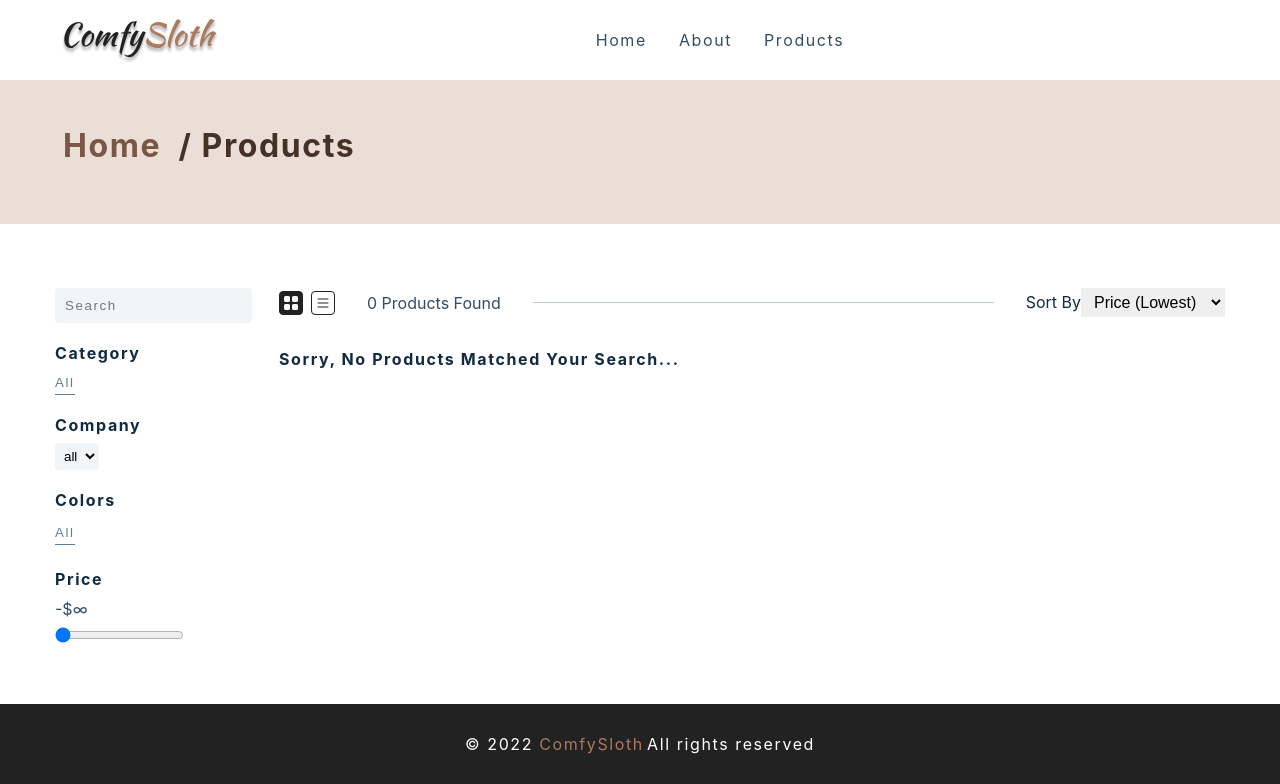
Repository: MateuszWorek/react-comfy-store
Page: /products
An editor plug-in stored every save of this project. The page is shown before and after the next save, followed by the edit.
The browser window is 1280 px wide. The pictures show the whole page.
The page's requests for data from a server got no answer. The project was rebuilt for these pictures with package versions that can differ from the ones it lists, and the page was loaded fresh each time. A package was used in the major version that the imports need, not the one package.json lists. No one was signed in, and anything a server would have sent is missing. Also part of the build but not shown: src/components/Error.js, src/components/Loading.js, src/components/Product.js, src/components/FeaturedProducts.js, src/reducers/cart_reducer.js, src/context/cart_context.js, src/context/user_context.js, src/components/Hero.js and 19 more. Imported but missing from the stored project, and not drawn on this page: src/components/AmountButtons.

Above is the page before, as saved 2022-07-18 10:00:54.

### src/index.js
import React from 'react';
import ReactDOM from 'react-dom';
import './index.css';
import App from './App';
import { ProductsProvider } from './context/products_context';
import { FilterProvider } from './context/filter_context';
import { CartProvider } from './context/cart_context';
import { UserProvider } from './context/user_context';
import { Auth0Provider } from '@auth0/auth0-react';

ReactDOM.render(
  <ProductsProvider>
    <FilterProvider>
      <App />
    </FilterProvider>
  </ProductsProvider>,
  document.getElementById('root')
);

### src/App.js
import React from 'react';
import { BrowserRouter as Router, Switch, Route } from 'react-router-dom';
import { Navbar, Sidebar, Footer } from './components';
import {
  Home,
  SingleProduct,
  Cart,
  Checkout,
  Error,
  About,
  Products,
  PrivateRoute,
} from './pages';

function App() {
  return (
    <Router>
      <Navbar />
      <Sidebar />
      <Switch>
        <Route exact path='/'>
          <Home />
        </Route>
        <Route exact path='/about'>
          <About />
        </Route>
        <Route exact path='cart'>
          <Cart />
        </Route>
        <Route exact path='/products'>
          <Products />
        </Route>
        <Route exact path='/products/:id' children={<SingleProduct />} />
        <Route exact path='/checkout'>
          <Checkout />
        </Route>
        <Route exact path='*'>
          <Error />
        </Route>
      </Switch>
      <Footer />
    </Router>
  );
}

export default App;

### src/context/products_context.js
import axios from 'axios';
import React, { useContext, useEffect, useReducer } from 'react';
import reducer from '../reducers/products_reducer';
import { products_url as url } from '../utils/constants';
import {
  SIDEBAR_OPEN,
  SIDEBAR_CLOSE,
  GET_PRODUCTS_BEGIN,
  GET_PRODUCTS_SUCCESS,
  GET_PRODUCTS_ERROR,
  GET_SINGLE_PRODUCT_BEGIN,
  GET_SINGLE_PRODUCT_SUCCESS,
  GET_SINGLE_PRODUCT_ERROR,
} from '../actions';

const initialState = {
  isSidebarOpen: false,
  products_loading: false,
  products_error: false,
  products: [],
  featured_products: [],
  single_product_loading: false,
  single_product_error: false,
  single_product: {},
};

const ProductsContext = React.createContext();

export const ProductsProvider = ({ children }) => {
  const [state, dispatch] = useReducer(reducer, initialState);
  const openSidebar = () => {
    dispatch({ type: SIDEBAR_OPEN });
  };
  const closeSidebar = () => {
    dispatch({ type: SIDEBAR_CLOSE });
  };

  const fetchProducts = async (url) => {
    dispatch({ type: GET_PRODUCTS_BEGIN });
    try {
      const response = await axios.get(url);
      const products = await response.data;
      dispatch({ type: GET_PRODUCTS_SUCCESS, payload: products });
    } catch (error) {
      dispatch({ type: GET_PRODUCTS_ERROR });
      console.log(error);
    }
  };

  const fetchSingleProduct = async (url) => {
    dispatch({ type: GET_SINGLE_PRODUCT_BEGIN });
    try {
      const response = await axios.get(url);
      const singleProduct = response.data;
      dispatch({ type: GET_SINGLE_PRODUCT_SUCCESS, payload: singleProduct });
    } catch (error) {
      dispatch({ type: GET_SINGLE_PRODUCT_ERROR });
    }
  };

  useEffect(() => {
    fetchProducts(url);
  }, []);

  return (
    <ProductsContext.Provider
      value={{ ...state, openSidebar, closeSidebar, fetchSingleProduct }}
    >
      {children}
    </ProductsContext.Provider>
  );
};

export const useProductsContext = () => {
  return useContext(ProductsContext);
};

### src/context/filter_context.js
import React, { useEffect, useContext, useReducer } from 'react';
import reducer from '../reducers/filter_reducer';
import {
  LOAD_PRODUCTS,
  SET_GRIDVIEW,
  SET_LISTVIEW,
  UPDATE_SORT,
  SORT_PRODUCTS,
  UPDATE_FILTERS,
  FILTER_PRODUCTS,
  CLEAR_FILTERS,
} from '../actions';
import { useProductsContext } from './products_context';

const initialState = {
  filtered_products: [],
  all_products: [],
  grid_view: true,
  sort: 'price-lowest',
  filters: {
    text: '',
    company: 'all',
    category: 'all',
    color: 'all',
    min_price: 0,
    max_price: 0,
    price: 0,
    shipping: false,
  },
};

const FilterContext = React.createContext();

export const FilterProvider = ({ children }) => {
  const { products } = useProductsContext();
  const [state, dispatch] = useReducer(reducer, initialState);

  useEffect(() => {
    dispatch({ type: LOAD_PRODUCTS, payload: products });
  }, [products]);

  useEffect(() => {
    dispatch({ type: FILTER_PRODUCTS });
    dispatch({ type: SORT_PRODUCTS });
  }, [products, state.sort, state.filters]);

  const setGridView = () => {
    dispatch({ type: SET_GRIDVIEW });
  };

  const setListView = () => {
    dispatch({ type: SET_LISTVIEW });
  };

  const updateSort = (e) => {
    const value = e.target.value;
    dispatch({ type: UPDATE_SORT, payload: value });
  };

  const updateFilters = (e) => {
    let name = e.target.name;
    let value = e.target.value;
    if (name === 'category') {
      value = e.target.textContent;
    }
    if (name === 'color') {
      value = e.target.dataset.color;
    }
    // console.log(name, value);
    dispatch({ type: UPDATE_FILTERS, payload: { name, value } });
  };

  const clearFilters = () => {};

  return (
    <FilterContext.Provider
      value={{
        ...state,
        setGridView,
        setListView,
        updateSort,
        updateFilters,
        clearFilters,
      }}
    >
      {children}
    </FilterContext.Provider>
  );
};
// make sure use
export const useFilterContext = () => {
  return useContext(FilterContext);
};

### src/components/index.js
import FeaturedProducts from './FeaturedProducts'
import Navbar from './Navbar'
import CartButtons from './CartButtons'
import Footer from './Footer'
import Sidebar from './Sidebar'
import Hero from './Hero'
import Services from './Services'
import Contact from './Contact'
import Loading from './Loading'
import Error from './Error'
import ProductImages from './ProductImages'
import AddToCart from './AddToCart'
import Filters from './Filters'
import ProductList from './ProductList'
import Sort from './Sort'
import Stars from './Stars'
import CartContent from './CarContent'
import PageHero from './PageHero'
import StripeCheckout from './StripeCheckout'
export {
  FeaturedProducts,
  Navbar,
  CartButtons,
  Footer,
  Sidebar,
  Hero,
  Services,
  Contact,
  Loading,
  Error,
  ProductImages,
  AddToCart,
  Filters,
  ProductList,
  Sort,
  Stars,
  CartContent,
  PageHero,
  StripeCheckout,
}

### src/pages/index.js
import Home from './HomePage';
import Products from './ProductsPage';
import SingleProduct from './SingleProductPage';
import About from './AboutPage';
import Cart from './CartPage';
import Error from './ErrorPage';
import Checkout from './CheckoutPage';
import PrivateRoute from './PrivateRoute';

export {
  Home,
  Products,
  SingleProduct,
  About,
  Cart,
  Error,
  Checkout,
  PrivateRoute,
};

### src/reducers/products_reducer.js
import {
  SIDEBAR_OPEN,
  SIDEBAR_CLOSE,
  GET_PRODUCTS_BEGIN,
  GET_PRODUCTS_SUCCESS,
  GET_PRODUCTS_ERROR,
  GET_SINGLE_PRODUCT_BEGIN,
  GET_SINGLE_PRODUCT_SUCCESS,
  GET_SINGLE_PRODUCT_ERROR,
} from '../actions';

const products_reducer = (state, action) => {
  /* SIDEBAR */
  if (action.type === SIDEBAR_OPEN) {
    // console.log(state);
    return { ...state, isSidebarOpen: true };
  }
  if (action.type === SIDEBAR_CLOSE) {
    // console.log(state);
    return { ...state, isSidebarOpen: false };
  }

  /* PRODUCTS */
  if (action.type === GET_PRODUCTS_BEGIN) {
    return { ...state, products_loading: true };
  }
  if (action.type === GET_PRODUCTS_SUCCESS) {
    const featured_products = action.payload.filter((product) => {
      return product.featured === true;
    });
    return {
      ...state,
      products_loading: false,
      products: action.payload,
      featured_products: featured_products,
    };
  }
  if (action.type === GET_PRODUCTS_ERROR) {
    return { ...state, products_loading: true, error: true };
  }

  /* SINGLE PRODUCT */
  if (action.type === GET_SINGLE_PRODUCT_BEGIN) {
    return {
      ...state,
      single_product_loading: true,
      single_product_error: false,
    };
  }
  if (action.type === GET_SINGLE_PRODUCT_SUCCESS) {
    return {
      ...state,
      single_product_loading: false,
      single_product: action.payload,
    };
  }
  if (action.type === GET_SINGLE_PRODUCT_ERROR) {
    return {
      ...state,
      single_product_loading: false,
      single_product_error: true,
    };
  }

  // return state;

  throw new Error(`No Matching "${action.type}" - action type`);
};

export default products_reducer;

### src/utils/constants.js
import React from 'react'
import { GiCompass, GiDiamondHard, GiStabbedNote } from 'react-icons/gi'
export const links = [
  {
    id: 1,
    text: 'home',
    url: '/',
  },
  {
    id: 2,
    text: 'about',
    url: '/about',
  },
  {
    id: 3,
    text: 'products',
    url: '/products',
  },
]

export const services = [
  {
    id: 1,
    icon: <GiCompass />,
    title: 'mission',
    text:
      'Lorem ipsum, dolor sit amet consectetur adipisicing elit. Voluptates, ea. Perferendis corrupti reiciendis nesciunt rerum velit autem unde numquam nisi',
  },
  {
    id: 2,
    icon: <GiDiamondHard />,
    title: 'vision',
    text:
      'Lorem ipsum, dolor sit amet consectetur adipisicing elit. Voluptates, ea. Perferendis corrupti reiciendis nesciunt rerum velit autem unde numquam nisi',
  },
  {
    id: 3,
    icon: <GiStabbedNote />,
    title: 'history',
    text:
      'Lorem ipsum, dolor sit amet consectetur adipisicing elit. Voluptates, ea. Perferendis corrupti reiciendis nesciunt rerum velit autem unde numquam nisi',
  },
]

export const products_url = 'https://course-api.com/react-store-products'

export const single_product_url = `https://course-api.com/react-store-single-product?id=`

### src/actions.js
export const SIDEBAR_OPEN = 'SIDEBAR_OPEN'
export const SIDEBAR_CLOSE = 'SIDEBAR_CLOSE'
export const GET_PRODUCTS_BEGIN = 'GET_PRODUCTS_BEGIN'
export const GET_PRODUCTS_SUCCESS = 'GET_PRODUCTS_SUCCESS'
export const GET_PRODUCTS_ERROR = 'GET_PRODUCTS_ERROR'
export const GET_SINGLE_PRODUCT_BEGIN = 'GET_SINGLE_PRODUCT_BEGIN'
export const GET_SINGLE_PRODUCT_SUCCESS = 'GET_SINGLE_PRODUCT_SUCCESS'
export const GET_SINGLE_PRODUCT_ERROR = 'GET_SINGLE_PRODUCT_ERROR'
export const LOAD_PRODUCTS = 'LOAD_PRODUCTS'
export const SET_GRIDVIEW = 'SET_GRIDVIEW'
export const SET_LISTVIEW = 'SET_LISTVIEW'
export const UPDATE_SORT = 'UPDATE_SORT'
export const SORT_PRODUCTS = 'SORT_PRODUCTS'
export const UPDATE_FILTERS = 'UPDATE_FILTERS'
export const FILTER_PRODUCTS = 'FILTER_PRODUCTS'
export const CLEAR_FILTERS = 'CLEAR_FILTERS'
export const ADD_TO_CART = 'ADD_TO_CART'
export const REMOVE_CART_ITEM = 'REMOVE_CART_ITEM'
export const TOGGLE_CART_ITEM_AMOUNT = 'TOGGLE_CART_ITEM_AMOUNT'
export const CLEAR_CART = 'CLEAR_CART'
export const COUNT_CART_TOTALS = 'COUNT_CART_TOTALS'

### src/components/CartButtons.js
import React from 'react';
import { FaShoppingCart, FaUserMinus, FaUserPlus } from 'react-icons/fa';
import { Link } from 'react-router-dom';
import styled from 'styled-components';
import { useProductsContext } from '../context/products_context';
import { useCartContext } from '../context/cart_context';
import { useUserContext } from '../context/user_context';

const CartButtons = () => {
  const { closeSidebar } = useProductsContext();

  return (
    <Wrapper className='cart-btn-wrapper'>
      <Link to='/cart' className='cart-btn' onClick={closeSidebar}>
        Cart{' '}
        <span className='cart-container'>
          <FaShoppingCart />
          <span className='cart-value'>12</span>
        </span>
      </Link>
      <button type='button' className='auth-btn'>
        Login <FaUserPlus />
      </button>
    </Wrapper>
  );
};

const Wrapper = styled.div`
  display: grid;
  grid-template-columns: 1fr 1fr;
  align-items: center;
  width: 225px;

  .cart-btn {
    color: var(--clr-grey-1);
    font-size: 1.5rem;
    letter-spacing: var(--spacing);
    color: var(--clr-grey-1);
    display: flex;

    align-items: center;
  }
  .cart-container {
    display: flex;
    align-items: center;
    position: relative;
    svg {
      height: 1.6rem;
      margin-left: 5px;
    }
  }
  .cart-value {
    position: absolute;
    top: -10px;
    right: -16px;
    background: var(--clr-primary-5);
    width: 16px;
    height: 16px;
    display: flex;
    align-items: center;
    justify-content: center;
    border-radius: 50%;
    font-size: 0.75rem;
    color: var(--clr-white);
    padding: 12px;
  }
  .auth-btn {
    display: flex;
    align-items: center;
    background: transparent;
    border-color: transparent;
    font-size: 1.5rem;
    cursor: pointer;
    color: var(--clr-grey-1);
    letter-spacing: var(--spacing);
    svg {
      margin-left: 5px;
    }
  }
`;
export default CartButtons;

### src/components/Footer.js
import React from 'react';
import styled from 'styled-components';
const Footer = () => {
  return (
    <Wrapper>
      <h5>
        &copy; {new Date().getFullYear()}
        <span> ComfySloth</span>
      </h5>
      <h5>All rights reserved</h5>
    </Wrapper>
  );
};

const Wrapper = styled.footer`
  height: 5rem;
  display: flex;
  flex-direction: column;
  justify-content: center;
  align-items: center;
  background: var(--clr-black);
  text-align: center;
  span {
    color: var(--clr-primary-5);
  }
  h5 {
    color: var(--clr-white);
    margin: 0.1rem;

    font-weight: 400;
    text-transform: none;
    line-height: 1.25;
  }
  @media (min-width: 776px) {
    flex-direction: row;
  }
`;

export default Footer;

### src/components/Filters.js
import React from 'react';
import styled from 'styled-components';
import { useFilterContext } from '../context/filter_context';
import { getUniqueValues, formatPrice } from '../utils/helpers';
import { FaCheck } from 'react-icons/fa';

const Filters = () => {
  const {
    filters: {
      text,
      category,
      company,
      color,
      min_price,
      max_price,
      price,
      shipping,
    },
    updateFilters,
    clearFilters,
    all_products,
  } = useFilterContext();

  const categories = getUniqueValues(all_products, 'category');
  const companies = getUniqueValues(all_products, 'company');
  const colors = getUniqueValues(all_products, 'colors');
  // console.log(colors);

  return (
    <Wrapper>
      <div className='content'>
        <form onSubmit={(e) => e.preventDefault()}>
          {/* search input */}
          <div className='form-control'>
            <input
              type='text'
              name='text'
              placeholder='search'
              className='search-input'
              value={text}
              onChange={updateFilters}
            />
          </div>
          {/* end search input */}
          {/* categories */}
          <div className='form-control'>
            <h5>category</h5>
            <div>
              {categories.map((singleCategory, index) => {
                return (
                  <button
                    key={index}
                    onClick={updateFilters}
                    type='button'
                    name='category'
                    className={`${
                      category === singleCategory.toLowerCase()
                        ? 'active'
                        : null
                    }`}
                  >
                    {singleCategory}
                  </button>
                );
              })}
            </div>
          </div>
          {/* end of categories */}
          {/* companies */}
          <div className='form-control'>
            <h5>company</h5>
            <select
              name='company'
              value={company}
              onChange={updateFilters}
              className='company'
            >
              {companies.map((singleCompany, index) => {
                return (
                  <option key={index} value={singleCompany}>
                    {singleCompany}
                  </option>
                );
              })}
            </select>
          </div>
          {/* end of companies */}
          {/* colors */}
          <div className='form-control'>
            <h5>colors</h5>
            <div className='colors'>
              {colors.map((singleColor, index) => {
                if (singleColor === 'all') {
                  return (
                    <button
                      key={index}
                      name='color'
                      onClick={updateFilters}
                      data-color='all'
                      className={`${
                        color === 'all' ? 'all-btn active' : 'all-btn'
                      }`}
                    >
                      all
                    </button>
                  );
                }
                return (
                  <button
                    key={index}
                    name='color'
                    style={{ background: singleColor }}
                    className={`${
                      color === singleColor ? 'color-btn active' : 'color-btn'
                    }`}
                    onClick={updateFilters}
                    data-color={singleColor}
                  >
                    {color === singleColor ? <FaCheck /> : null}
                  </button>
                );
              })}
            </div>
          </div>
          {/* end of colors */}
          {/* price */}
          <div className='form-control'>
            <h5>price</h5>
            <p className='price'>{formatPrice(price)}</p>
            <input
              type='range'
              name='price'
              onChange={updateFilters}
              min={min_price}
              max={max_price}
            />
          </div>
          {/* end of price */}
        </form>
      </div>
    </Wrapper>
  );
};

const Wrapper = styled.section`
  .form-control {
    margin-bottom: 1.25rem;
    h5 {
      margin-bottom: 0.5rem;
    }
  }
  .search-input {
    padding: 0.5rem;
    background: var(--clr-grey-10);
    border-radius: var(--radius);
    border-color: transparent;
    letter-spacing: var(--spacing);
  }
  .search-input::placeholder {
    text-transform: capitalize;
  }

  button {
    display: block;
    margin: 0.25em 0;
    padding: 0.25rem 0;
    text-transform: capitalize;
    background: transparent;
    border: none;
    border-bottom: 1px solid transparent;
    letter-spacing: var(--spacing);
    color: var(--clr-grey-5);
    cursor: pointer;
  }
  .active {
    border-color: var(--clr-grey-5);
  }
  .company {
    background: var(--clr-grey-10);
    border-radius: var(--radius);
    border-color: transparent;
    padding: 0.25rem;
  }
  .colors {
    display: flex;
    align-items: center;
  }
  .color-btn {
    display: inline-block;
    width: 1rem;
    height: 1rem;
    border-radius: 50%;
    background: #222;
    margin-right: 0.5rem;
    border: none;
    cursor: pointer;
    opacity: 0.5;
    display: flex;
    align-items: center;
    justify-content: center;
    svg {
      font-size: 0.5rem;
      color: var(--clr-white);
    }
  }
  .all-btn {
    display: flex;
    align-items: center;
    justify-content: center;
    margin-right: 0.5rem;
    opacity: 0.5;
  }
  .active {
    opacity: 1;
  }
  .all-btn .active {
    text-decoration: underline;
  }
  .price {
    margin-bottom: 0.25rem;
  }
  .shipping {
    display: grid;
    grid-template-columns: auto 1fr;
    align-items: center;
    text-transform: capitalize;
    column-gap: 0.5rem;
    font-size: 1rem;
  }
  .clear-btn {
    background: var(--clr-red-dark);
    color: var(--clr-white);
    padding: 0.25rem 0.5rem;
    border-radius: var(--radius);
  }
  @media (min-width: 768px) {
    .content {
      position: sticky;
      top: 1rem;
    }
  }
`;

export default Filters;

### src/components/ProductList.js
import React from 'react';
import { useFilterContext } from '../context/filter_context';
import GridView from './GridView';
import ListView from './ListView';

const ProductList = () => {
  const { filtered_products: products, grid_view } = useFilterContext();
  if (products.length < 1) {
    return (
      <h5 style={{ texTransform: 'none' }}>
        Sorry, no products matched your search...
      </h5>
    );
  }
  if (grid_view === false) {
    return <ListView products={products}>Product list</ListView>;
  }

  return <GridView products={products}>product list</GridView>;
};

export default ProductList;

### src/components/PageHero.js
import React from 'react';
import styled from 'styled-components';
import { Link } from 'react-router-dom';

const PageHero = ({ title, product }) => {
  return (
    <Wrapper>
      <div className='section-center'>
        <h3>
          <Link to='/'>Home</Link> /{' '}
          {product && <Link to='/products'>Products /</Link>} {title}
        </h3>
      </div>
    </Wrapper>
  );
};

const Wrapper = styled.section`
  background: var(--clr-primary-10);
  width: 100%;
  min-height: 20vh;
  display: flex;
  align-items: center;

  color: var(--clr-primary-1);
  a {
    color: var(--clr-primary-3);
    padding: 0.5rem;
    transition: var(--transition);
  }
  a:hover {
    color: var(--clr-primary-1);
  }
`;

export default PageHero;

### src/pages/ProductsPage.js
import React from 'react';
import styled from 'styled-components';
import { Filters, ProductList, Sort, PageHero } from '../components';

const ProductsPage = () => {
  return (
    <main>
      <PageHero title='products' />
      <Wrapper className='page'>
        <div className='section-center products'>
          <Filters />
          <div>
            <Sort />
            <ProductList />
          </div>
        </div>
      </Wrapper>
    </main>
  );
};

const Wrapper = styled.div`
  .products {
    display: grid;
    gap: 3rem 1.5rem;
    margin: 4rem auto;
  }
  @media (min-width: 768px) {
    .products {
      grid-template-columns: 200px 1fr;
    }
  }
`;

export default ProductsPage;

### src/utils/helpers.js
export const formatPrice = (number) => {
  return new Intl.NumberFormat('en-US', {
    style: 'currency',
    currency: 'USD',
  }).format(number / 100);
};

export const getUniqueValues = (data, type) => {
  let unique = data.map((item) => item[type]);
  if (type === 'colors') {
    unique = unique.flat();
  }
  // console.log(unique);
  return ['all', ...new Set(unique)];
};

Loaded but not shown: public/index.html (common file); src/index.css (common file); src/components/Sidebar.js (118 lines, source omitted); src/components/Sort.js (118 lines, source omitted); src/components/Navbar.js (106 lines, source omitted); src/reducers/filter_reducer.js (86 lines, source omitted)

After the next save:
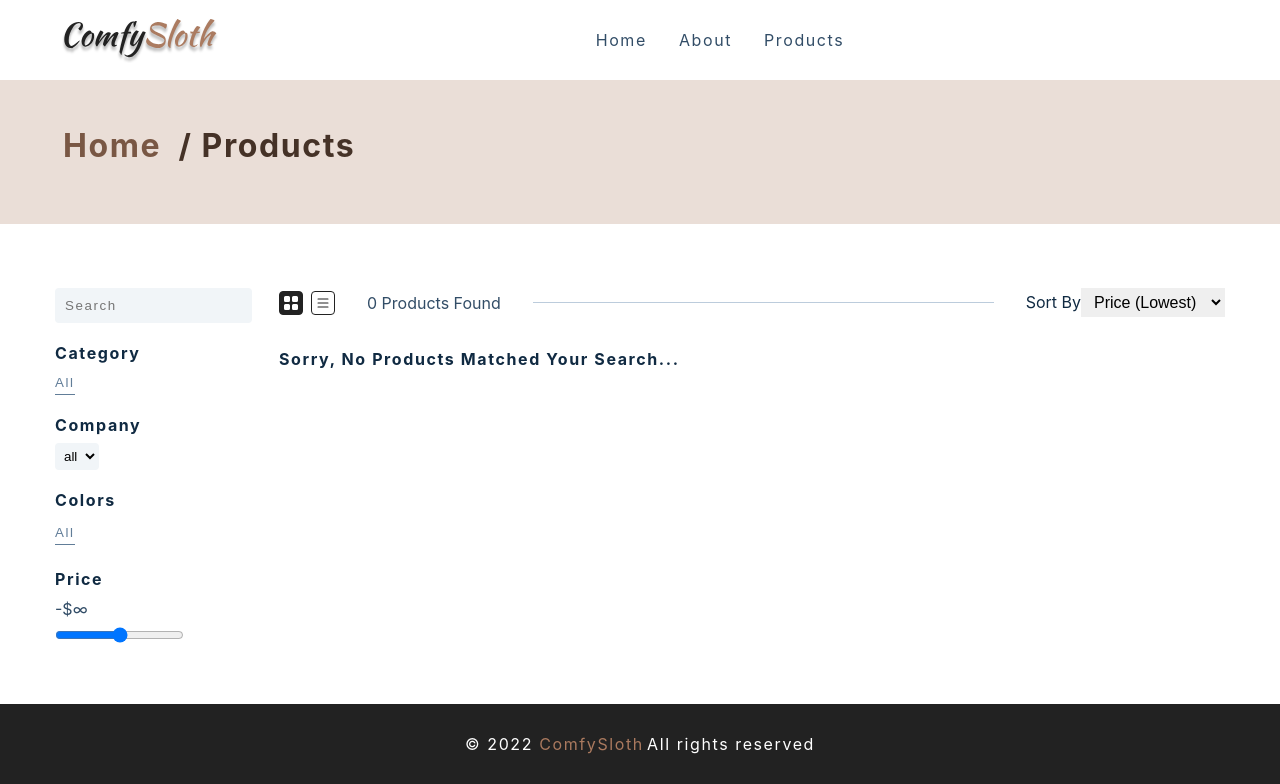
Saved 23 s later.
--- a/src/components/Filters.js
+++ b/src/components/Filters.js
@@ -133,6 +133,7 @@ const Filters = () => {
               onChange={updateFilters}
               min={min_price}
               max={max_price}
+              value={price}
             />
           </div>
           {/* end of price */}
